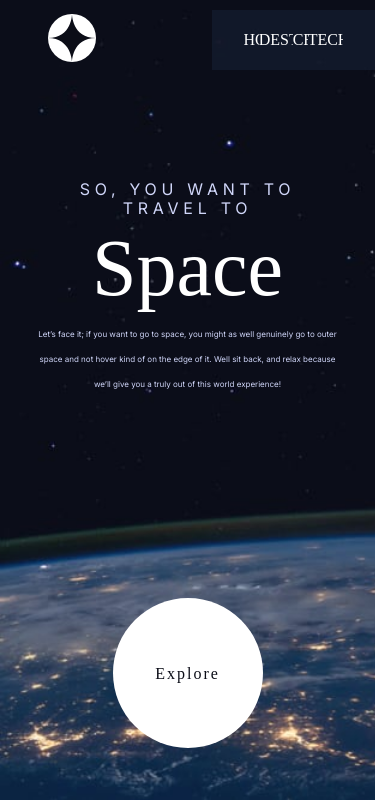
Repository: nilesjamex/space
Page: /
An editor plug-in stored every save of this project. The page is shown before and after the next save, followed by the edit.
The browser window is 375 px wide. The pictures show the whole page.
Some web fonts or font styles are not loaded; a fallback is used. Some web libraries are served in a nearby version. The project was rebuilt for these pictures with package versions that can differ from the ones it lists, and the page was loaded fresh each time. The framework's server and built-in components were replaced by stand-ins that run in the browser. Also part of the build but not shown: next.config.js.

Above is the page before, as saved 2022-01-08 04:43:27.

After the next save:
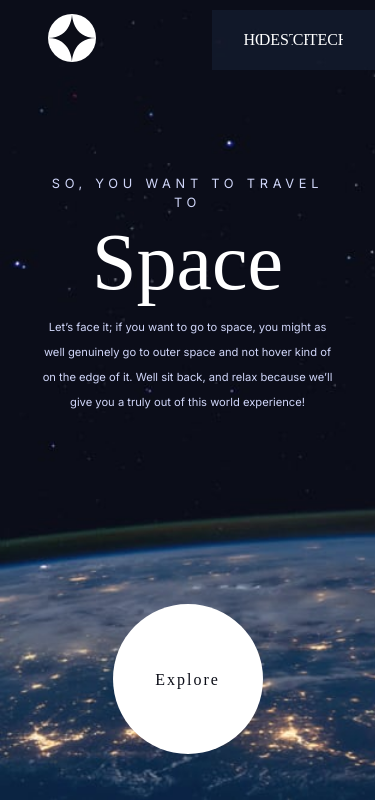
Saved 40 s later.
--- a/Components/home.module.css
+++ b/Components/home.module.css
@@ -159,7 +159,11 @@
 }
 @media screen and (max-width: 500px) {
     .HomeTextsubs {
-        font-size: 0.5rem;
+        font-size: 0.7rem;
         line-height: 25px;
     }
+    .HomeTextsub {
+        font-size: 0.8rem;
+        line-height: 19px;
+    }
 }
